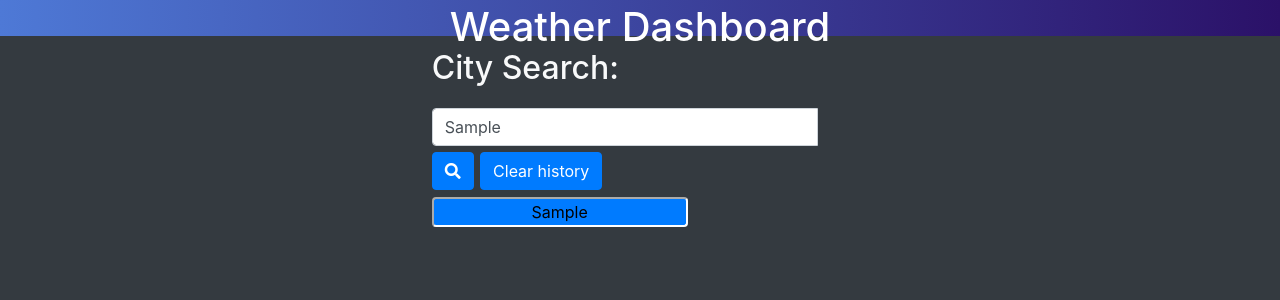
Repository: brenhamp/weather-dashboard
Page: index.html
The author's editor kept a copy of each file at every save. The page is drawn from the files as they stood at one save, then again after the next save.
The browser window is 1280 px wide. The pictures show the whole page.
Empty fields were first filled with sample values (such as "Sample", 5 or name@example.com).
After loading, the first visible `#search-button` was clicked once.
The page's requests for data from a server got no answer. Some web libraries are served in a nearby version.

Above is the page before, as saved 2021-12-12 21:50:57.
Console error (its wording comes from the project's code and is left out).

### index.html
<!DOCTYPE html>
<html lang="en">
<head>
    <meta charset="UTF-8">
    <meta http-equiv="X-UA-Compatible" content="IE=edge">
    <meta name="viewport" content="width=device-width, initial-scale=1.0">
    <link rel="stylesheet" href="./assets/css/style.css">
    <link rel="stylesheet" href="https://stackpath.bootstrapcdn.com/bootstrap/4.3.1/css/bootstrap.min.css" crossorigin="anonymous">
    <link rel="stylesheet" href="https://cdnjs.cloudflare.com/ajax/libs/font-awesome/5.11.2/css/all.min.css">
    <title>Weather Dashboard</title>
</head>
<body class="bg-dark text-light">
    <header class="hero">
        <h1>Weather Dashboard</h1>
    </header>

    <div class="row container-fluid">
        <div class="col-lg-4">
            <h2>City Search:</h2>
            <div class="input-group">
                <input id="city-input" type="text" class="form-control" placeholder="Enter a city" aria-label="Enter a city">
                <div class="input-group append">
                    <button class="btn btn-primary" type="button" id="search-button">
                        <i class="fas fa-search"></i>
                    </button>

                    <button class="btn btn-primary" type="button" id="clear-history">Clear history</button>
                </div>
            </div>

            <form id="history"></form>

        </div>
        <div class="col-lg-9">
            <div class="row text-center">
                <div id="todays-weather">
                    <div>
                        <h2 id="city-name" class="city-name">
                        </h2>
                        <img id="sky">
                        <div id="temperature"></div>
                        <div id="humidity"></div>
                        <div id="wind"></div>
                        <div id="UV"></div>
                    </div>
                </div>
            </div>

            <!-- hide forecast until needed -->
            <div id="five-day-forecast" class="d-none">
                <h3>Five-Day Forecast</h3>
                <div class="row">
                    <div class="forecast"></div>
                    <div class="forecast"></div>
                    <div class="forecast"></div>
                    <div class="forecast"></div>
                    <div class="forecast"></div>
                </div>
            </div>
        </div>
    </div>


    <script src="https://unpkg.com/axios/dist/axios.min.js"></script>
    <script src="./assets/js/script.js"></script>

</body>
</html>

### assets/css/style.css
.hero {
    background-image: linear-gradient(to right, rgb(78, 121, 214), rgb(43, 17, 104));
    height: 5vh;
    text-align: center;
    margin: auto;
    line-height: 5vh;
    color: white
}

h1 {
    line-height: inherit;
    padding: .25vw 0;
}

h2 {
    padding: 1vw 0;
}

h3 {
    padding: 1vw 0 1vw 1vw;
}

.row {
    justify-content: space-around;
}

p {
    text-align: center;
}

button:not(:disabled) {
    margin: 0.5vw 0.5vw 0.5vw 0;
}

#history {
    margin: auto;
}

.forecast {
    padding: .25vw;
    background-color:rgb(113, 113, 246);
    height: 18vh;
    width: 15%;
    border-radius:10px;
}

### assets/js/script.js
function weatherDashboard() {
    //define HTML elements
const city = document.getElementById("city-input");
const search = document.getElementById("search-button");
const clear = document.getElementById("clear-history");
const name = document.getElementById("city-name");
const sky = document.getElementById("sky");
const temp = document.getElementById("temperature");
const humidity = document.getElementById("humidity");
const wind = document.getElementById("wind");
const UV = document.getElementById("UV");
const history = document.getElementById("history");
const forecast = document.getElementById("five-day-forecast");
const todaysWeather = document.getElementById("todays-weather");

    //my API key from OpenWeather
    apiKey = "4f9f2b98f7dbd0bd303f0561775c2890";

    //function to contain all API requests
    function getWeather(cityName) {
        let queryURL = "https://api.openweathermap.org/data/2.5/weather?q=" + cityName + "&units=imperial" + "&appid=" + apiKey;
        axios.get(queryURL)
        .then(function(response) {
            todaysWeather.classList.remove("d-none");

            //retrieve current date for displaying
            currentDate = new Date(response.data.dt * 1000);
            day = currentDate.getDate();
            month = currentDate.getMonth() + 1;
            year = currentDate.getFullYear();

            name.innerHTML = response.data.name + " (" + month + "/" + day + "/" + year +")";

            //display today's weather including sky icon, temp, humidity and wind speed
            let skyImg = response.data.weather[0].icon;
            sky.setAttribute("src", "https://openweathermap.org/img/wn/" + skyImg + "@2x.png");
            sky.setAttribute("alt", response.data.weather[0].description);
            temp.innerHTML = "Temperature: " + response.data.main.temp + " &#176F";
            humidity.innerHTML = "Humidity: " + response.data.main.humidity + "%";
            wind.innerHTML = "Wind Speed: " + response.data.wind.speed + " MPH";

            //get UV index using latitude and longitude
            let lat = response.data.coord.lat;
            let lon = response.data.coord.lon;
            let UVQueryURL = "https://api.openweathermap.org/data/2.5/uvi/forecast?lat=" + lat + "&lon=" + lon + "&units=imperial" + "&appid=" + apiKey + "&cnt=1";
            axios.get(UVQueryURL)
                .then(function (response) {
                    //use span for HTML convenience
                    let UVIndex = document.createElement("span");

                    //change color to indicate mild/moderate/severe UV levels
                    if (response.data[0].value < 4 ) {
                        UVIndex.setAttribute("class", "badge badge-success");
                    }
                    else if (response.data[0].value < 8) {
                        UVIndex.setAttribute("class", "badge badge-warning");
                    }
                    else {
                        UVIndex.setAttribute("class", "badge badge-danger");
                    }
                    //append to HTML
                    UVIndex.innerHTML = response.data[0].value;
                    UV.innerHTML = "UV Index: ";
                    UV.append(UVIndex);
        });

           //five-day forecast script
           let cityID = response.data.id;
           let forecastQueryURL = "https://api.openweathermap.org/data/2.5/forecast?id=" + cityID + "&units=imperial" + "&appid=" + apiKey;
           axios.get(forecastQueryURL)
               .then(function (response) {
                   //when query is sent, show the forecast elements
                   forecast.classList.remove("d-none");

                       //select all forecast divs and assign future dates to them in order
                       const forecastEls = document.querySelectorAll(".forecast");
                       for (i = 0; i < forecastEls.length; i++) {
                           forecastEls[i].innerHTML = "";
                           const forecastIndex = i * 8 + 4;
                           const forecastDate = new Date(response.data.list[forecastIndex].dt * 1000);
                           const forecastDay = forecastDate.getDate();
                           const forecastMonth = forecastDate.getMonth() + 1;
                           const forecastYear = forecastDate.getFullYear();
                           const forecastDateEl = document.createElement("p");
                           forecastDateEl.setAttribute("class", "mt-3 mb-0 forecast-date");
                           forecastDateEl.innerHTML = forecastMonth + "/" + forecastDay + "/" + forecastYear;
                           forecastEls[i].append(forecastDateEl);

                           //append sky icons and weather info to each future day forecast
                           const forecastSky = document.createElement("img");
                           forecastSky.setAttribute("src", "https://openweathermap.org/img/wn/" + response.data.list[forecastIndex].weather[0].icon + "@2x.png");
                           forecastSky.setAttribute("alt", response.data.list[forecastIndex].weather[0].description);
                           forecastSky.setAttribute("class", "mx-auto text-center d-flex");
                           forecastEls[i].append(forecastSky);
                           const forecastTempEl = document.createElement("p");
                           forecastTempEl.innerHTML = "Temp: " + response.data.list[forecastIndex].main.temp + " &#176F";
                           forecastEls[i].append(forecastTempEl);
                           const forecastHumidityEl = document.createElement("p");
                           forecastHumidityEl.innerHTML = "Humidity: " + response.data.list[forecastIndex].main.humidity + "%";
                           forecastEls[i].append(forecastHumidityEl);
                       }
                    })
    });
}

    //search history functionality
    let searchHistory = JSON.parse(localStorage.getItem("search")) || [];

    function renderSearchHistory () {
        //start off blank
        history.innerHTML = "";
        //create new history item each time a city name is submitted
        for (let i = 0; i < searchHistory.length; i++) {
            const historyEl = document.createElement("input");
                historyEl.setAttribute("type", "text");
                historyEl.setAttribute("readonly", true);
                historyEl.setAttribute("class", "d-inline-block text-center align-center rounded bg-primary border-white");
                historyEl.setAttribute("value", searchHistory[i]);
                historyEl.addEventListener("click", function() {
                getWeather(historyEl.value);
            })
            history.append(historyEl);
        }
    }

    //initial call for history function
    renderSearchHistory();

    //listener for search; save searches to localStorage
    search.addEventListener("click",  function () {
        searchTerm = city.value;
        getWeather(searchTerm);
        searchHistory.push(searchTerm);
        localStorage.setItem("search", JSON.stringify(searchHistory));
        renderSearchHistory();
    })


    //listener for clear button; clear localStorage and leave search array blank
    clear.addEventListener("click", function () {
        localStorage.clear();
        searchHistory = [];
        renderSearchHistory();
    })


};

//initialize javascript
weatherDashboard ();

After the next save:
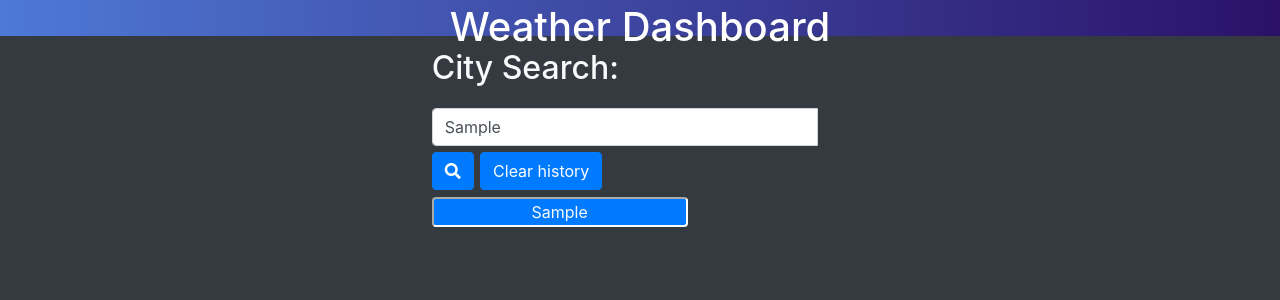
Saved 16 s later.
--- a/assets/js/script.js
+++ b/assets/js/script.js
@@ -114,7 +114,7 @@ const todaysWeather = document.getElementById("todays-weather");
             const historyEl = document.createElement("input");
                 historyEl.setAttribute("type", "text");
                 historyEl.setAttribute("readonly", true);
-                historyEl.setAttribute("class", "d-inline-block text-center align-center rounded bg-primary border-white");
+                historyEl.setAttribute("class", "d-inline-block text-center text-light align-center rounded bg-primary border-white");
                 historyEl.setAttribute("value", searchHistory[i]);
                 historyEl.addEventListener("click", function() {
                 getWeather(historyEl.value);
